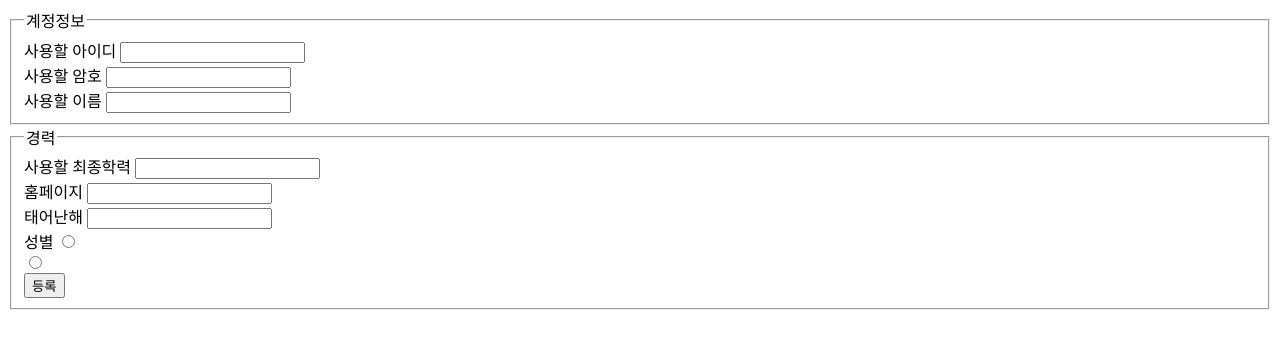
Repository: ybshim90/sesac1
Page: day_20211217_01_web/src/main/webapp/regist.html
The author's editor kept a copy of each file at every save. The page is drawn from the files as they stood at one save, then again after the next save.
The browser window is 1280 px wide. The pictures show the whole page.

Above is the page before, as saved 2021-12-17 05:36:19.

After the next save:
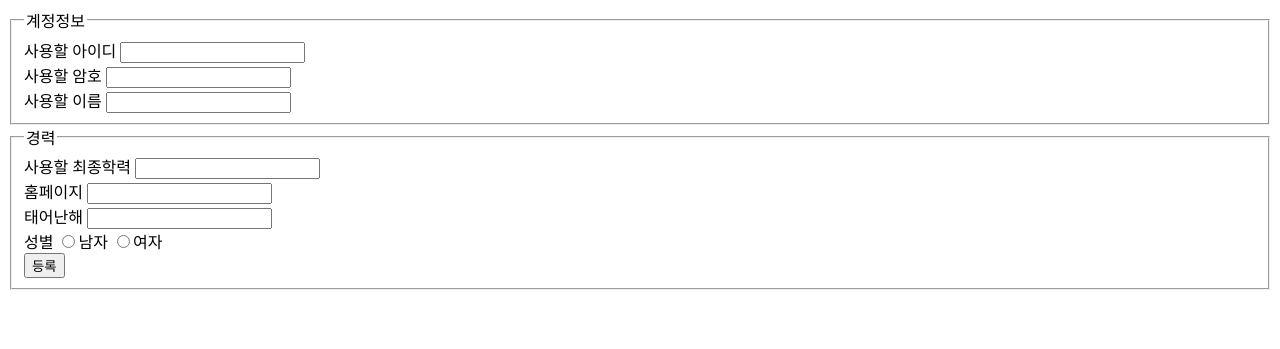
Saved 21 s later.
--- a/day_20211217_01_web/src/main/webapp/regist.html
+++ b/day_20211217_01_web/src/main/webapp/regist.html
@@ -36,8 +36,8 @@
 				</label>
 
 				<label>성별
-					<input type="radio" value="m" name="gender"><br>
-					<input type="radio" value="f" name="gender"><br>
+					<input type="radio" value="m" name="gender">남자
+					<input type="radio" value="f" name="gender">여자<br>
 				</label>
 
 				<input type="submit" value="등록">
